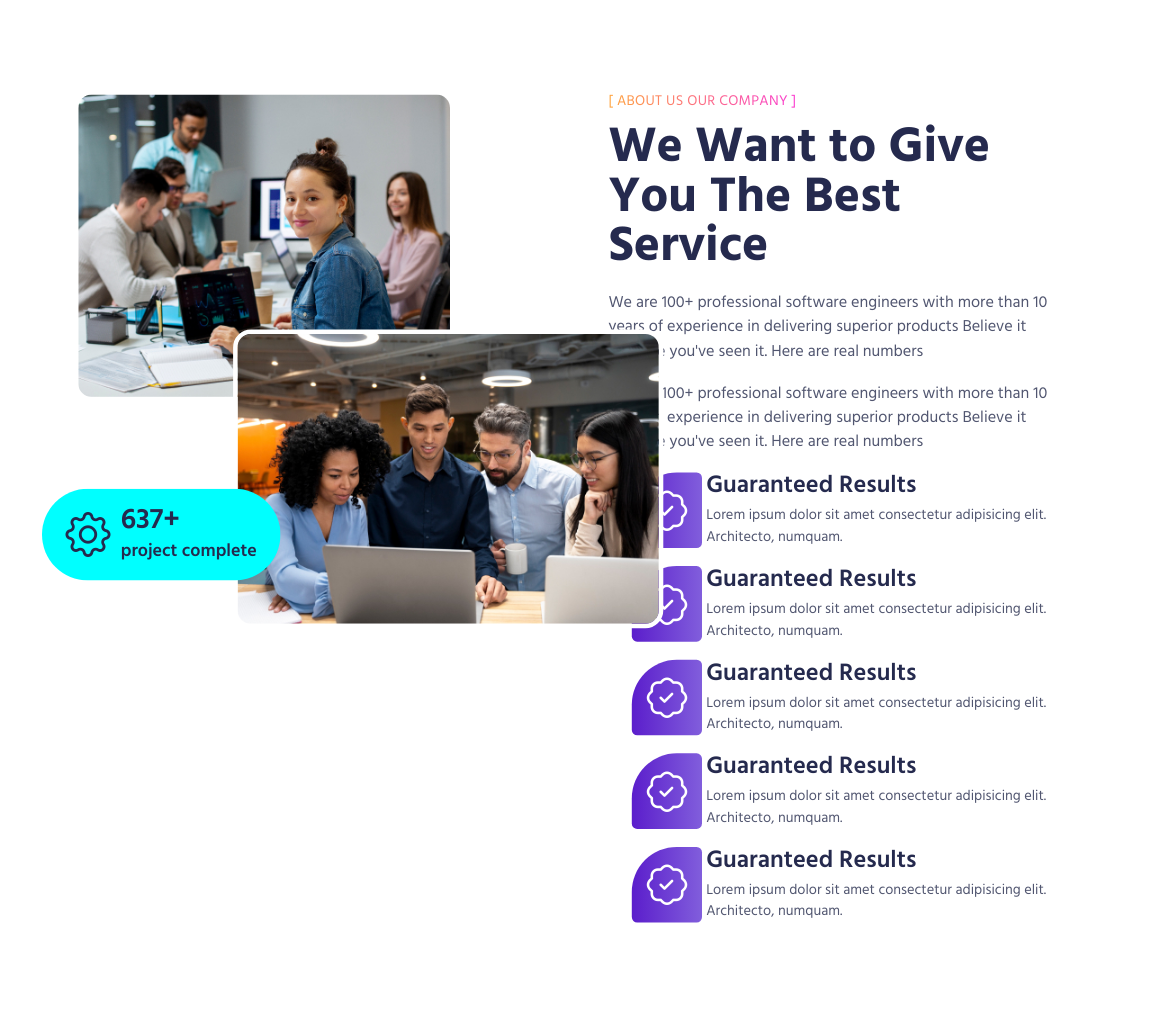
Repository: tagnam/mirehel2.0
Page: about.html
An editor plug-in stored every save of this project. The page is shown before and after the next save, followed by the edit.
The browser window is 1280 px wide. The pictures show the whole page, at 90% of full size.

Above is the page before, as saved 2025-02-03 12:26:22.

After the next save:
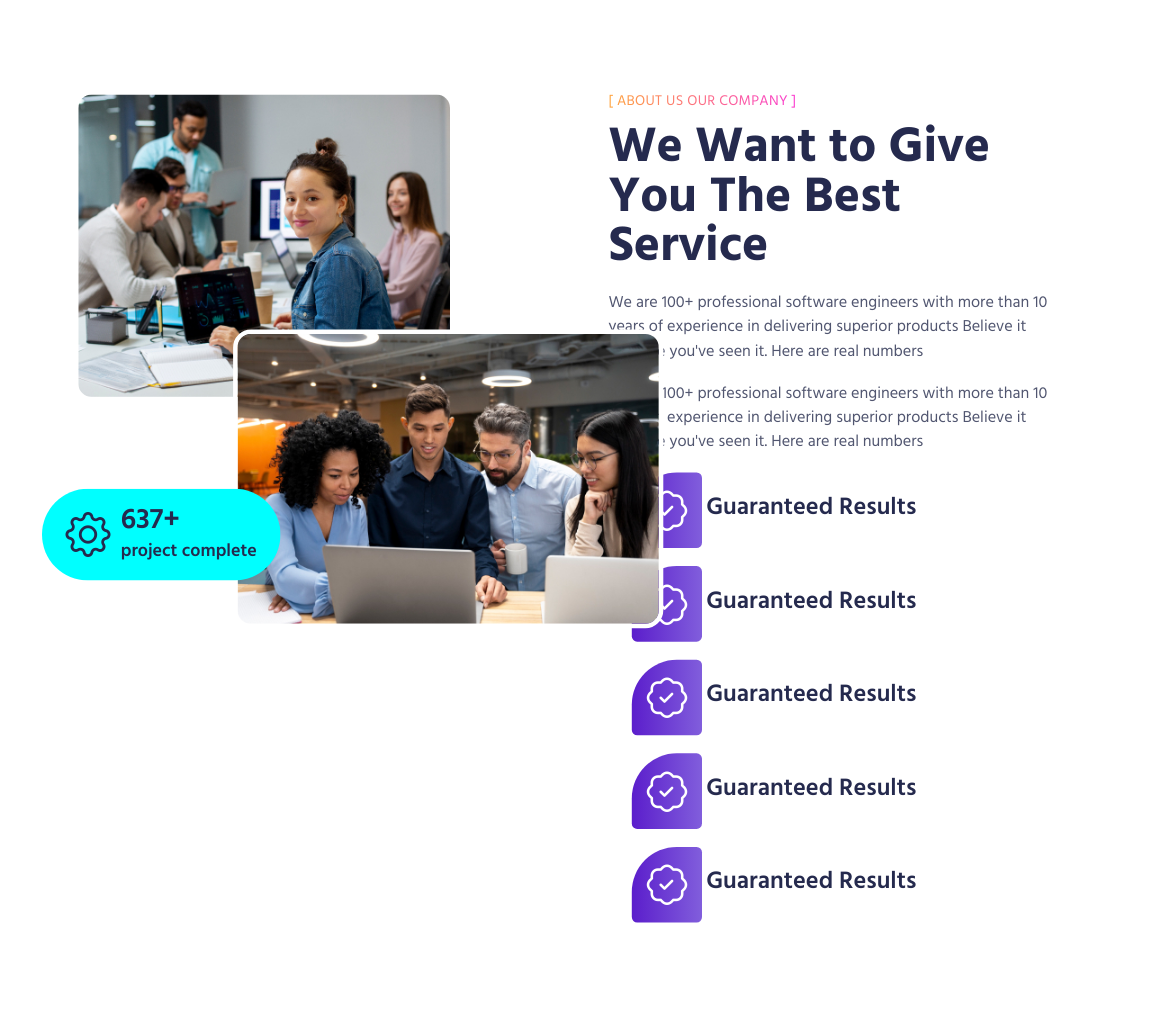
Saved 17 s later.
--- a/about.html
+++ b/about.html
@@ -56,7 +56,7 @@
                                 <div class="col-lg-2 about-icon"><i class="bi bi-patch-check"></i></div>
                                 <div class="col-lg-10">
                                     <div class="about-list-title"> Guaranteed Results</div>
-                                    <div class="about-list-text"><p>Lorem ipsum dolor sit amet consectetur adipisicing elit. Architecto, numquam.</p></div>
+
                                 </div>
                             </li>
 
@@ -64,28 +64,28 @@
                                 <div class="col-lg-2 about-icon"><i class="bi bi-patch-check"></i></div>
                                 <div class="col-lg-10">
                                     <div class="about-list-title">Guaranteed Results</div>
-                                    <div class="about-list-text"><p>Lorem ipsum dolor sit amet consectetur adipisicing elit. Architecto, numquam.</p></div>
+
                                 </div>
                             </li>
                             <li class="about-list-item">
                                 <div class="col-lg-2 about-icon"><i class="bi bi-patch-check"></i></div>
                                 <div class="col-lg-10">
                                     <div class="about-list-title">Guaranteed Results</div>
-                                    <div class="about-list-text"><p>Lorem ipsum dolor sit amet consectetur adipisicing elit. Architecto, numquam.</p></div>
+
                                 </div>
                             </li>
                             <li class="about-list-item">
                                 <div class="col-lg-2 about-icon"><i class="bi bi-patch-check"></i></div>
                                 <div class="col-lg-10">
                                     <div class="about-list-title">Guaranteed Results</div>
-                                    <div class="about-list-text"><p>Lorem ipsum dolor sit amet consectetur adipisicing elit. Architecto, numquam.</p></div>
+
                                 </div>
                             </li>
                             <li class="about-list-item">
                                 <div class="col-lg-2 about-icon"><i class="bi bi-patch-check"></i></div>
                                 <div class="col-lg-10">
                                     <div class="about-list-title">Guaranteed Results</div>
-                                    <div class="about-list-text"><p>Lorem ipsum dolor sit amet consectetur adipisicing elit. Architecto, numquam.</p></div>
+
                                 </div>
                             </li>
                         </ul>
